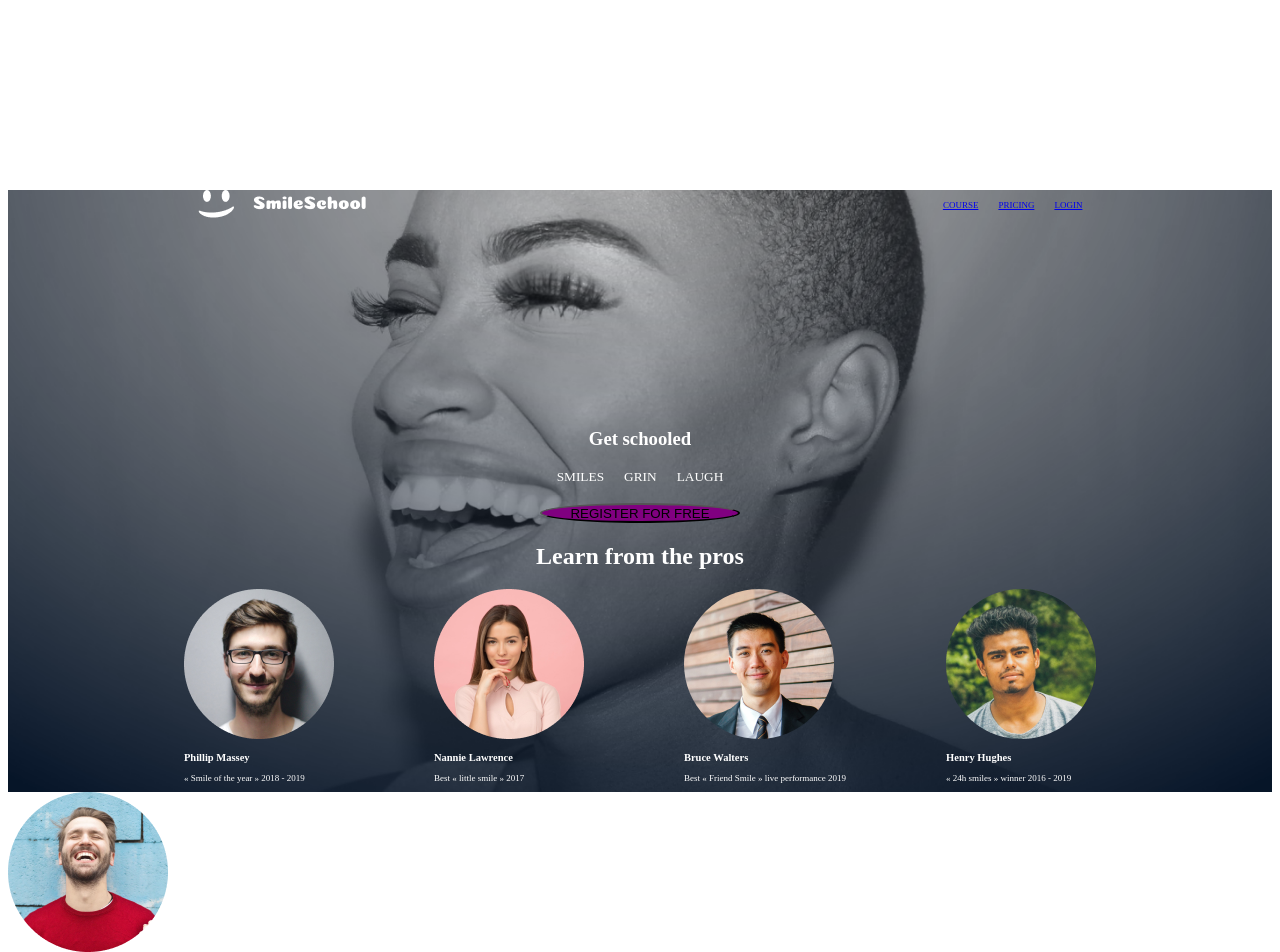
Repository: mwihakiann/alx_html_css
Page: css_advanced/index.html
An editor plug-in stored every save of this project. The page is shown before and after a run of saves, followed by the edit.
The browser window is 1280 px wide. The pictures show the part of the page from y = 0 to 952 px (the page is 3642 px tall).
A picture or video elsewhere on the page could not be fetched, so the positions and the page height are approximate. Some web libraries are served in a nearby version.

Above is the page before, as saved 2025-09-28 18:14:55.

### css_advanced/index.html
<!DOCTYPE html>
<html lang="en">
<head>
  <meta charset="UTF-8">
  <meta name="viewport" content="width=device-width, initial-scale=1.0">
  <script src="https://kit.fontawesome.com/4a2b055604.js" crossorigin="anonymous"></script>
  <title>Document</title>
  <link rel="stylesheet" href="styles.css">
</head>
<body>
    <section class="first-page">
  <header>
    <nav>
      <img src="./images/logo.png" alt="logo">
      <ul>
        <li><a href="#">COURSE</a></li>
        <li><a href="#">PRICING</a></li>
        <li><a href="#">LOGIN</a></li>
      </ul>
    </nav>
  </header>

  <main>
    <section>
      <div class="intro">
        <h1>Get schooled</h1>
        <div class="horizontal-stack">
        <span>SMILES</span>
        <span>GRIN</span>
        <span>LAUGH</span>
        </div>
        <br>
        <button class="register">REGISTER FOR FREE</button>
      </div>
      <div class="learn-from-pros">
        <h2>Learn from the pros</h2>
        <div class="pros">
          <div>
            <img src="./images/1.png" alt="">
            <h3>Phillip Massey</h3>
            <p>« Smile of the year » 2018 - 2019</p>
          </div>
          <div>
            <img src="./images/3.png" alt="">
            <h3>Nannie Lawrence</h3>
            <p>Best « little smile » 2017</p>
          </div>
          <div>
            <img src="./images/2.png" alt="" class="bruce">
            <h3>Bruce Walters</h3>
            <p>Best « Friend Smile » live performance 2019</p>
          </div>
          <div>
            <img src="./images/4.png" alt="">
            <h3>Henry Hughes</h3>
            <p>« 24h smiles » winner 2016 - 2019</p>
          </div>
        </div>
      </div>
    </section>
</section>

    <section>
      <div>
        <img src="./images/5.png" alt="image">
      </div>
      <div>
        <blockquote>« Those tutorials are concise and go straight to the point. I can’t think of a better place to learn smiling. And it’s so fun!</blockquote>
        <h3>NAME</h3>
        <p>weather presenter</p>
      </div>
    </section>

    <section>
      <h2>Most popular tutorials</h2>

      <div class="tutorial-card">
        <img src="./images/9.png" alt="Diagonal Smile">
        <img src="./images/play.png" alt="play button" class="play-btn">
        <h3>Diagonal Smile</h3>
        <p>Lorem ipsum dolor sit amet, consect adipiscing elit, sed do eiusmod.</p>
        <div>
          <img src="./images/1 (3).png" alt="">
          <h4>Phillip Massey</h4>
        </div>
        <div>
          <div><i class="fa-solid fa-star"></i></div>
          <div><i class="fa-solid fa-star"></i></div>
          <div><i class="fa-solid fa-star"></i></div>
          <div><i class="fa-solid fa-star"></i></div>
          <div><i class="fa-solid fa-star"></i></div>
        </div>
        <p>8 min</p>
      </div>

      <div class="tutorial-card">
        <img src="./images/6.png" alt="Happy Smile">
        <img src="./images/play.png" alt="play button" class="play-btn">
        <h3>Happy Smile</h3>
        <p>Lorem ipsum dolor sit amet, consect adipiscing elit, sed do eiusmod.</p>
        <div>
          <img src="./images/1 (3).png" alt="">
          <h4>Phillip Massey</h4>
        </div>
        <div>
          <div><i class="fa-solid fa-star"></i></div>
          <div><i class="fa-solid fa-star"></i></div>
          <div><i class="fa-solid fa-star"></i></div>
          <div><i class="fa-solid fa-star"></i></div>
          <div><i class="fa-solid fa-star"></i></div>
        </div>
        <p>8 min</p>
      </div>

      <div class="tutorial-card">
        <img src="./images/8.png" alt="Natural Smile">
        <img src="./images/play.png" alt="play button" class="play-btn">
        <h3>Natural Smile</h3>
        <p>Lorem ipsum dolor sit amet, consect adipiscing elit, sed do eiusmod.</p>
        <div>
          <img src="./images/1.png" alt="">
          <h4>Phillip Massey</h4>
        </div>
        <div>
          <div><i class="fa-solid fa-star"></i></div>
          <div><i class="fa-solid fa-star"></i></div>
          <div><i class="fa-solid fa-star"></i></div>
          <div><i class="fa-solid fa-star"></i></div>
          <div><i class="fa-solid fa-star"></i></div>
        </div>
        <p>8 min</p>
      </div>

      <div class="tutorial-card">
        <img src="./images/7.png" alt="Sad Smile">
        <img src="./images/play.png" alt="play button" class="play-btn">
        <h3>Sad Smile</h3>
        <p>Lorem ipsum dolor sit amet, consect adipiscing elit, sed do eiusmod.</p>
        <div>
          <img src="./images/1.png" alt="">
          <h4>Phillip Massey</h4>
        </div>
        <div>
          <div><i class="fa-solid fa-star"></i></div>
          <div><i class="fa-solid fa-star"></i></div>
          <div><i class="fa-solid fa-star"></i></div>
          <div><i class="fa-solid fa-star"></i></div>
          <div><i class="fa-solid fa-star"></i></div>
        </div>
        <p>8 min</p>
      </div>
    </section>

    <section>
      <h2>Free membership</h2>
      <div>
        <img src="./images/smile.png" alt="">
        <h3>Lorem Ipsum</h3>
        <p>Lorem ipsum dolor sit amet, consectetur adipiscing elit.</p>
      </div>
      <div>
        <img src="./images/smile.png" alt="">
        <h3>Lorem Ipsum</h3>
        <p>Lorem ipsum dolor sit amet, consectetur adipiscing elit.</p>
      </div>
      <div>
        <img src="./images/smile.png" alt="">
        <h3>Lorem Ipsum</h3>
        <p>Lorem ipsum dolor sit amet, consectetur adipiscing elit.</p>
      </div>
      <div>
        <img src="./images/smile.png" alt="">
        <h3>Lorem Ipsum</h3>
        <p>Lorem ipsum dolor sit amet, consectetur adipiscing elit.</p>
      </div>
      <button>REGISTER FOR FREE</button>
    </section>

    <section>
      <h2>F.A.Q</h2>
      <div>
        <div>
          <div>
            <h3>How does this work?</h3>
          </div>
          <div>
            Lorem ipsum dolor sit amet, consectetur adipiscing elit, sed do eiusmod tempor incididunt ut labore et dolore magna aliqua.
          </div>

          <div>
            <h3>How does this work?</h3>
          </div>
          <div>
            Lorem ipsum dolor sit amet, consectetur adipiscing elit, sed do eiusmod tempor incididunt ut labore et dolore magna aliqua.
          </div>
        </div>
        <div>
          <div>
            <h3>How does this work?</h3>
          </div>
          <div>
            Lorem ipsum dolor sit amet, consectetur adipiscing elit, sed do eiusmod tempor incididunt ut labore et dolore magna aliqua.
          </div>
          <div>
            <h3>How does this work?</h3>
          </div>
          <div>
            Lorem ipsum dolor sit amet, consectetur adipiscing elit, sed do eiusmod tempor incididunt ut labore et dolore magna aliqua.
          </div>
        </div>
      </div>
    </section>
  </main>

  <footer>
    <section>
      <div>
        <img src="./images/logo.png" alt="logo">
        <div>
          <i class="fa-brands fa-facebook"></i>
          <i class="fa-brands fa-twitter"></i>
          <i class="fa-brands fa-instagram"></i>
        </div>
      </div>
      <p>©smileschool 2020</p>
    </section>
  </footer>
</body>
</html>

### css_advanced/styles.css
body{
    color: white;
}
nav ul{
    display: flex;
    gap: 20px;
    list-style: none;
    color: white;
    text-decoration: none;
}
nav{
    display: flex;
    justify-content: space-between;
    align-items: center;
    margin: 15%;
    font-size: xx-small;
}
.first-page{
    background-image: url(./images/Object.png);
    background-size: cover;
    background-position: center;
    color: white;
}
.intro{
    display: flex;
    flex-direction: column;
    justify-content: center;
    align-items: center;
    gap: 0;
}
h1{
    font-size: 40;
}
.register{
    background-color: purple;
    width: 200px;
    height:20px;
    border-radius: 80%;
    gap: 100px;
}
.learn-from-pros{
    display: flex;
    flex-direction: column;
    justify-content: center;
    align-items: center;
    font-size: medium;
}
.pros{
    display: flex;
    font-size:xx-small;
    gap: 100px;
}
.bruce{
    width: 150px;
    height: 150px;
    border-radius: 50%;
    object-fit: cover;
}
.horizontal-stack{
   display: flex;
    gap: 20px;
    font-size: smaller;
}
.tutorial-card {
    position: relative;
    display: inline-block;
    margin: 20px;
  }

  .tutorial-card img {
    display: block;
  }

  .tutorial-card .play-btn {
    position: absolute;
    top: 50px;
    left: 50%;
    transform: translateX(-50 -50%);
    width: 50px;
    height: 50px;
    pointer-events: none;
  }

After the next 2 saves:
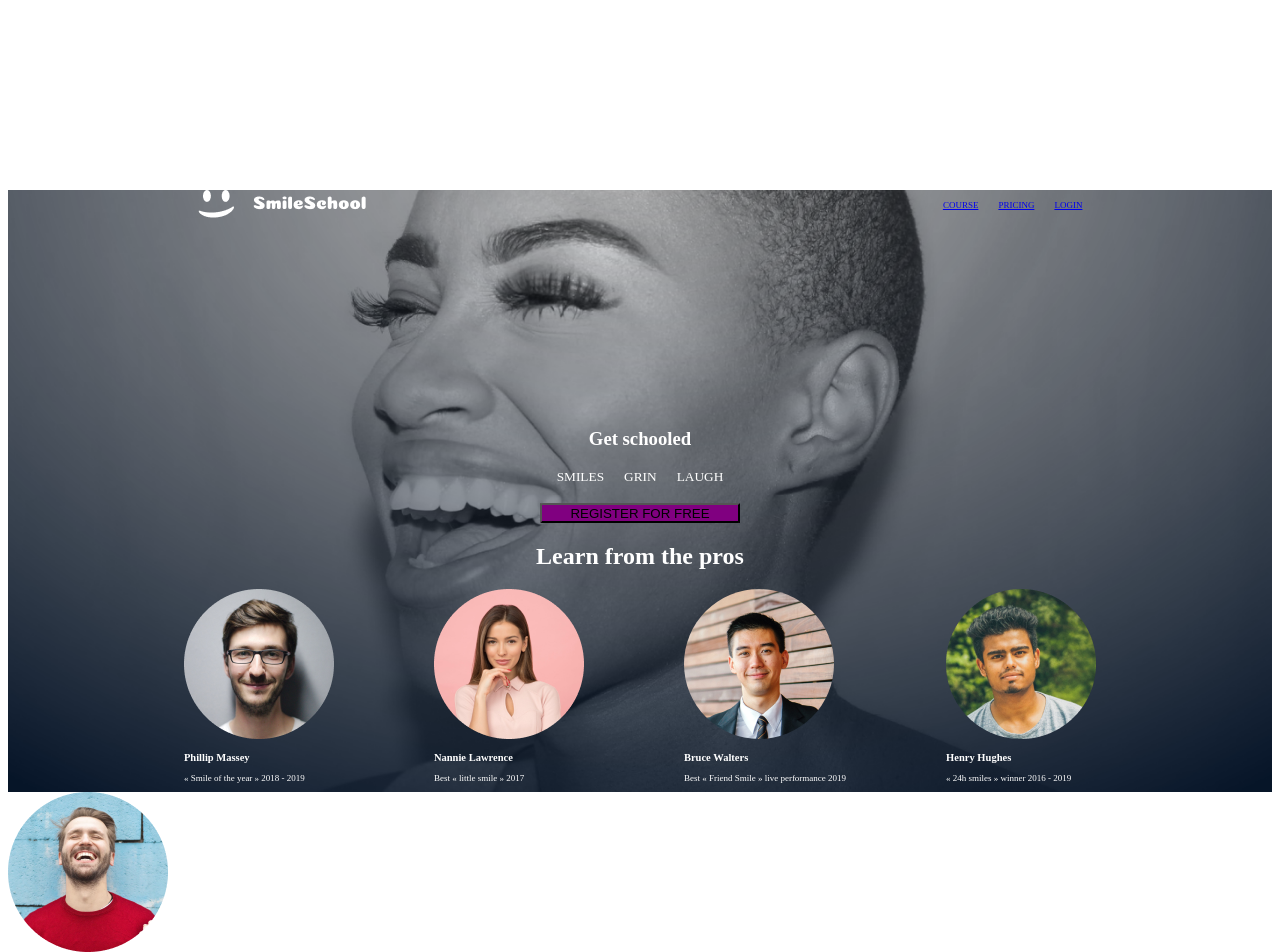
The 2 saves are shown as one change because they came seconds apart.
The last was saved 14 s later.
--- a/css_advanced/styles.css
+++ b/css_advanced/styles.css
@@ -35,7 +35,7 @@ h1{
     background-color: purple;
     width: 200px;
     height:20px;
-    border-radius: 80%;
+    border-radius: 2%;
     gap: 100px;
 }
 .learn-from-pros{
